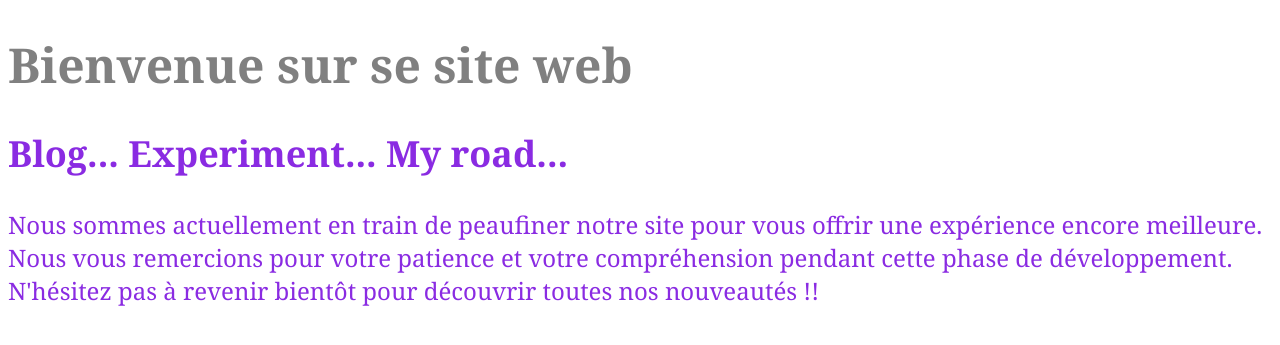
Repository: ValetteEvan/PersonalWebApp
Page: index.html
These files come from the project's save history. The page is drawn as it stood at one moment and after the next save; the edit follows.
The browser window is 1280 px wide. The pictures show the whole page.

Above is the page before, as saved 2025-01-07 17:44:05.

### index.html
<!DOCTYPE html>
<html>

    <head>
        <meta charset="utf-8" />
        <title>Valette Evan</title>
        <link href="style.css" rel="stylesheet">
    </head>

    <body>
        <div class="webGlobal">
            <h1>Bienvenue sur se site web</h1>
            <h2>Blog... Experiment... My road...</h2>
                <p class="firstParagraph">Nous sommes actuellement en train de peaufiner notre site pour
                 vous offrir une expérience encore meilleure. Nous vous remercions
                 pour votre patience et votre compréhension pendant cette phase de
                 développement. N'hésitez pas à revenir bientôt pour découvrir toutes nos nouveautés !!
                </p>
        </div>
    </body>
</html>

### style.css
h1 {
    color: gray;
}
.webGlobal{
    font-size: 1.5em;
    font-family:Georgia, 'Times New Roman', Times, serif;
    color: blueviolet;
}

After the next save:
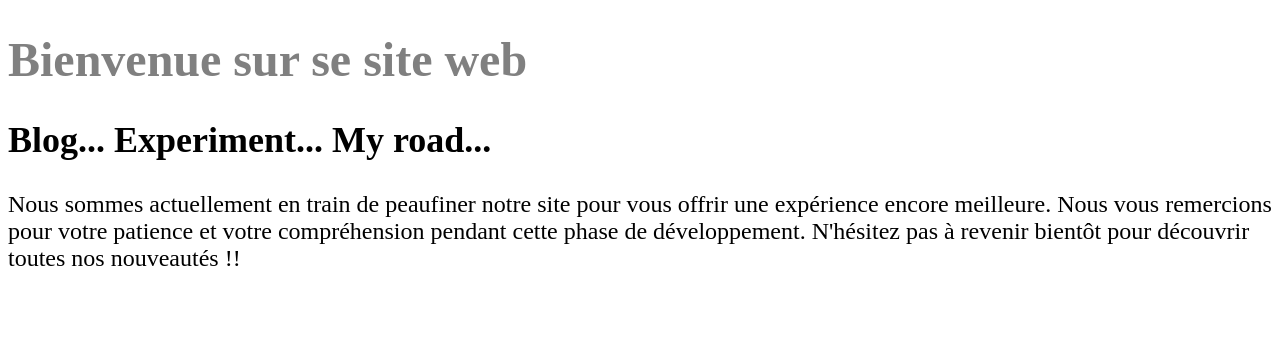
Saved 10 s later.
--- a/style.css
+++ b/style.css
@@ -3,6 +3,6 @@ h1 {
 }
 .webGlobal{
     font-size: 1.5em;
-    font-family:Georgia, 'Times New Roman', Times, serif;
+    font-family:Arial, Helvetica, sans-serif
     color: blueviolet;
 }
